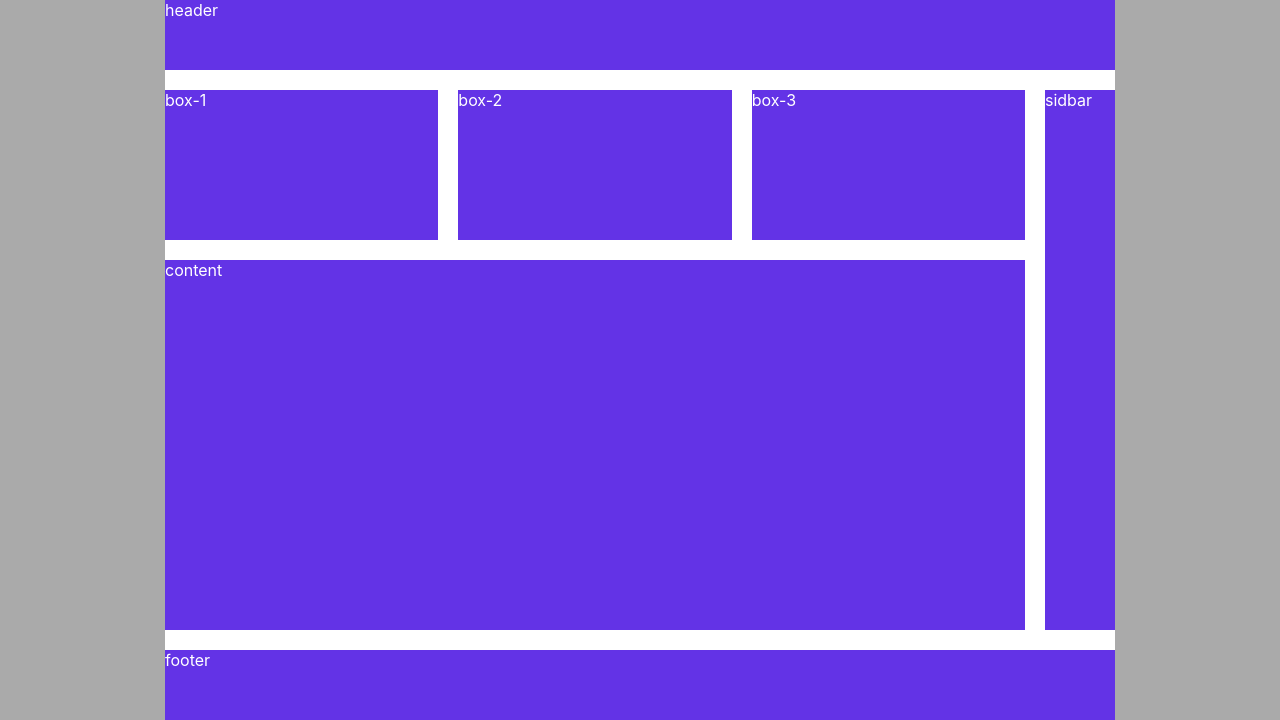
Repository: SD-Mdouka/project_step
Page: /
The author's editor kept a copy of each file at every save. The page is drawn from the files as they stood at one save, then again after the next save.
The browser window is 1280 px wide. The pictures show the whole page.
The project was rebuilt for these pictures with package versions that can differ from the ones it lists, and the page was loaded fresh each time.

Above is the page before, as saved 2022-09-07 12:58:46.

After the next save:
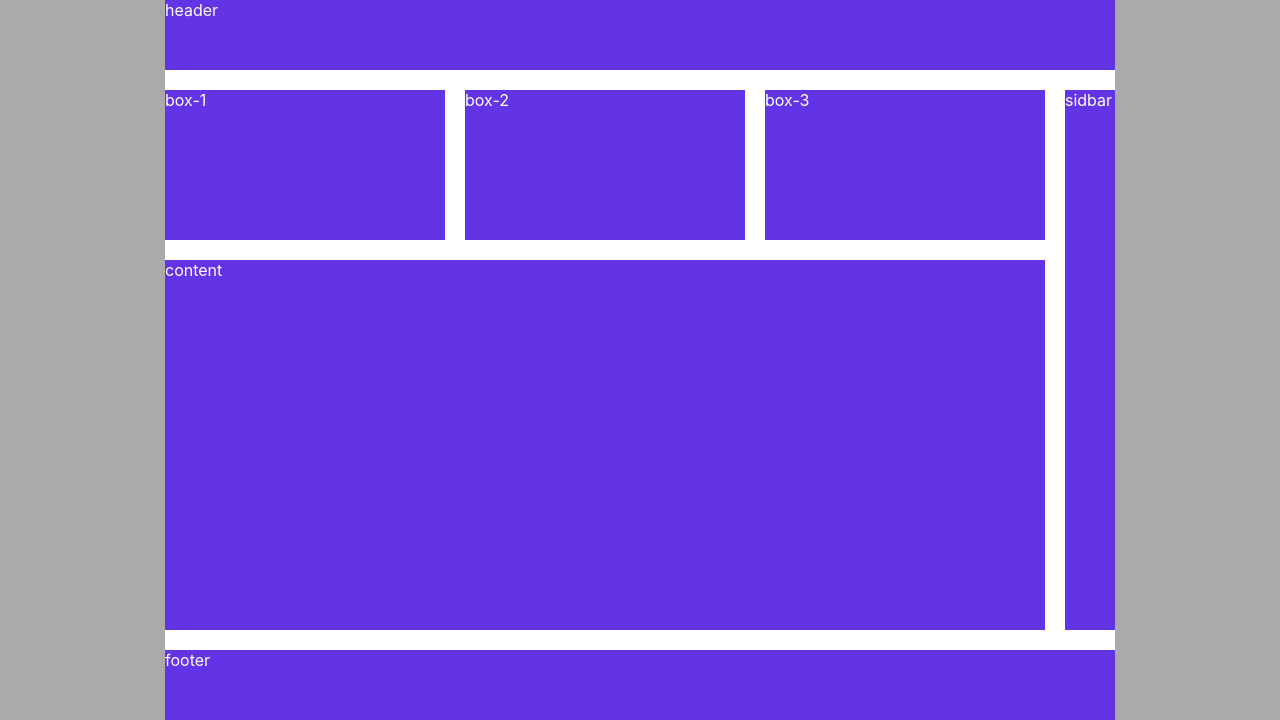
Saved 12 s later.
--- a/src/style-grid.css
+++ b/src/style-grid.css
@@ -4,7 +4,7 @@
     width: 950px;
     margin: 0 auto;
     display: grid;
-    grid-template-columns: repeat(3, 1fr) 70px;
+    grid-template-columns: repeat(3, 1fr) 50px;
     grid-template-rows: 70px 150px 1fr 70px;
     grid-gap: 20px;
 }
